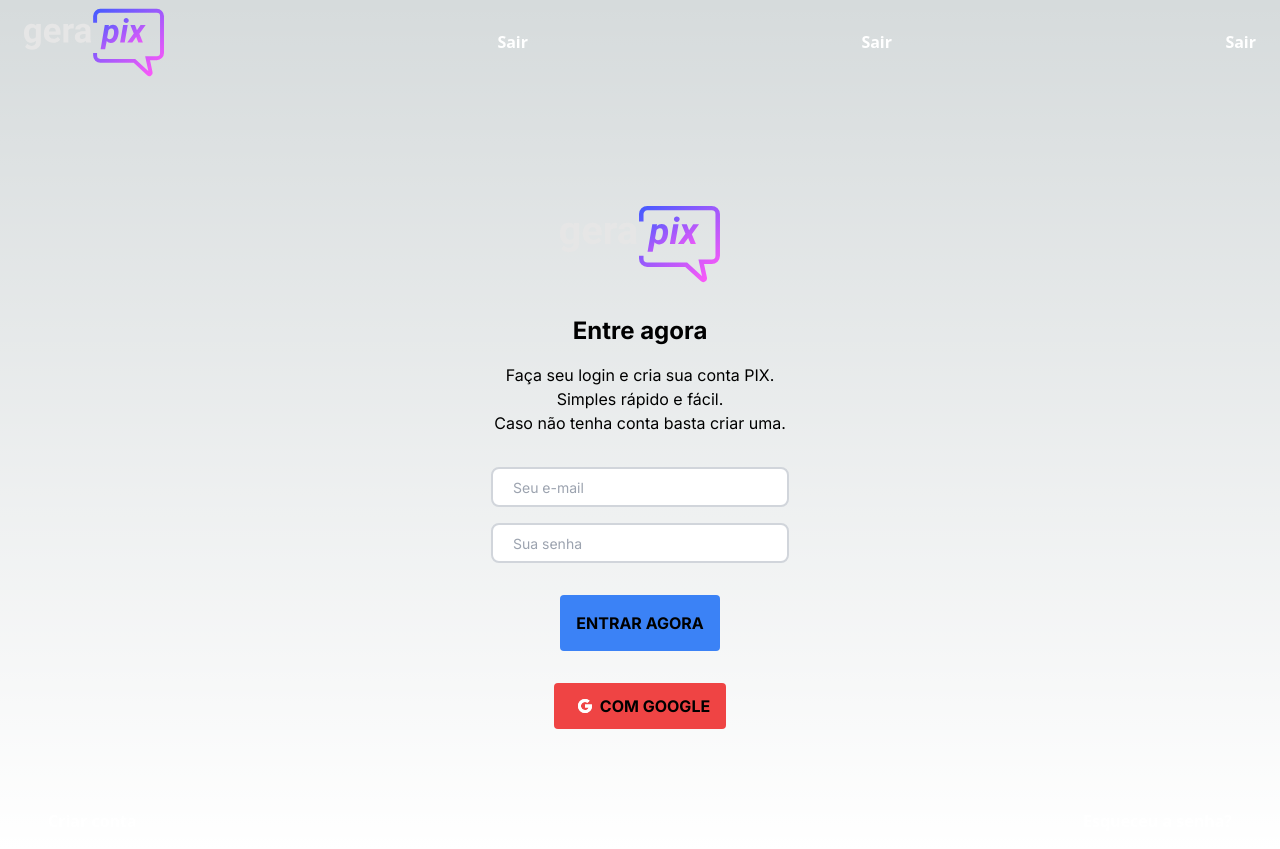
Repository: dubcom/GeraPix
Page: /
The author's editor kept a copy of each file at every save. The page is drawn from the files as they stood at one save, then again after the next save.
The browser window is 1280 px wide. The pictures show the whole page.
The project was rebuilt for these pictures with package versions that can differ from the ones it lists, and the page was loaded fresh each time. The framework's server and built-in components were replaced by stand-ins that run in the browser. Also part of the build but not shown: next.config.js.

Above is the page before, as saved 2023-08-08 08:52:06.

After the next save:
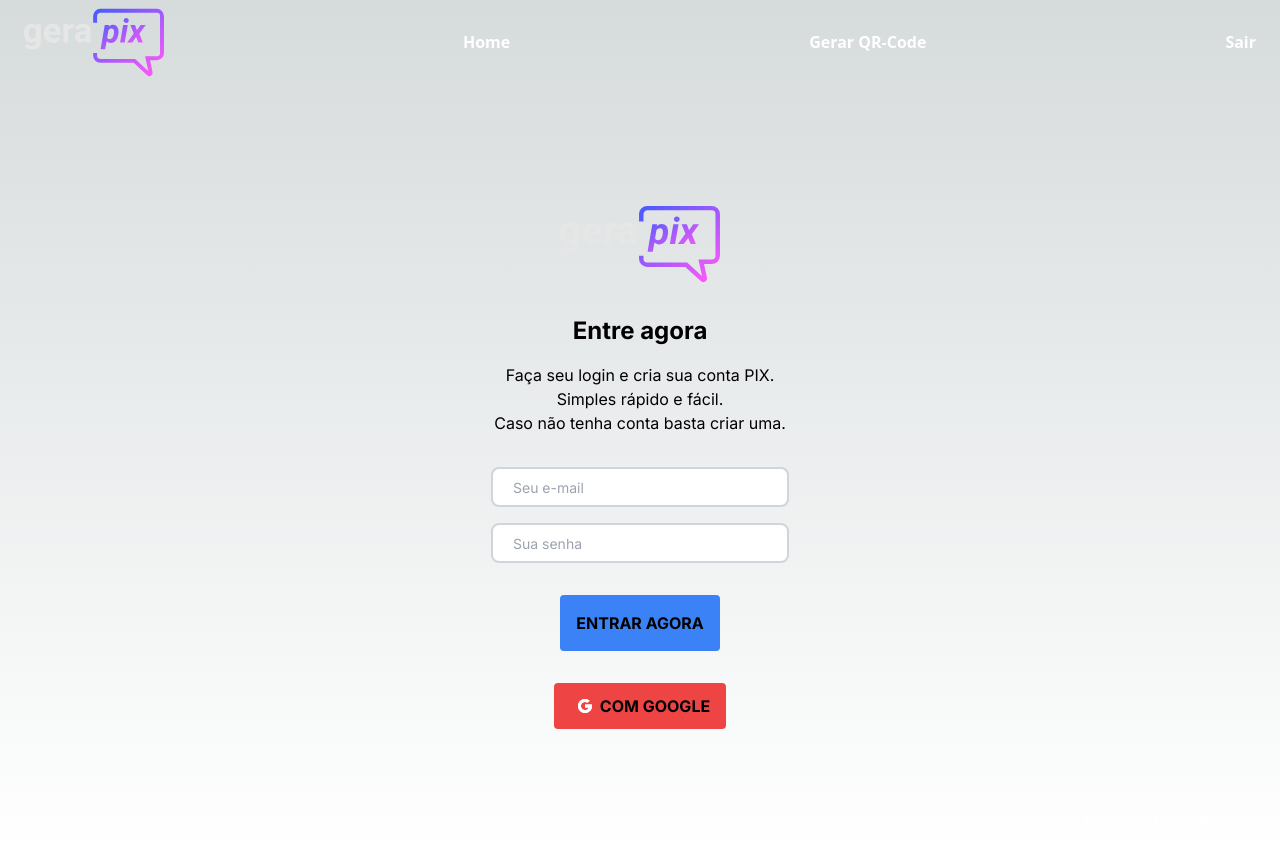
Saved 37 s later.
--- a/src/components/header.tsx
+++ b/src/components/header.tsx
@@ -17,12 +17,12 @@ const Header: React.FC = () => {
         </div>
         <div className="text-white font-semibold px-4">
             <Link href="/">
-               Sair
+               Home
             </Link>
         </div>
         <div className="text-white font-semibold px-4">
             <Link href="/">
-               Sair
+               Gerar QR-Code
             </Link>
         </div>
         <div className="text-white font-semibold px-4">
